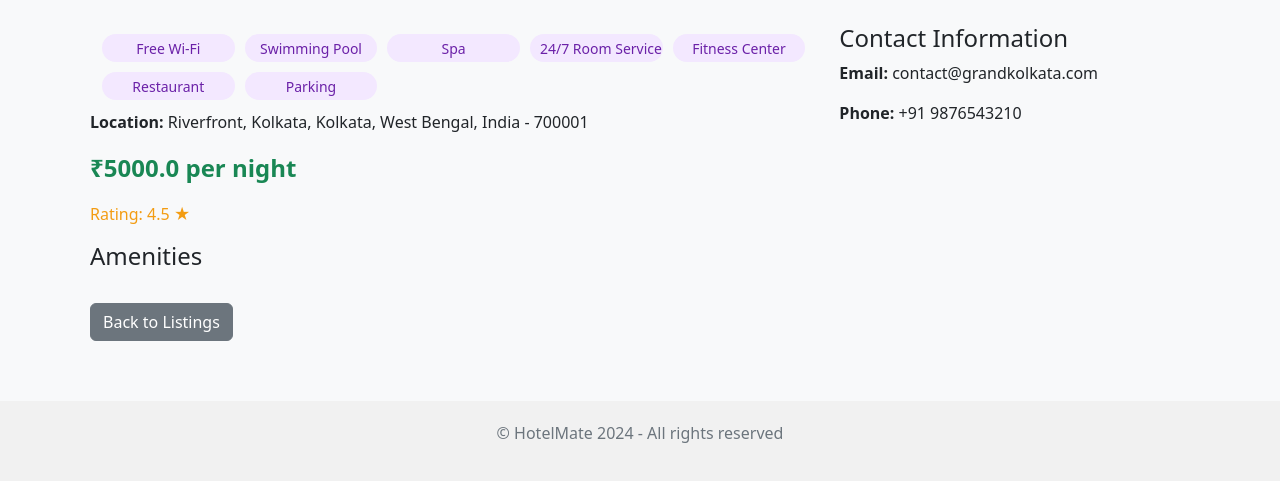
Repository: himanshu2k23/HoteMate
Page: http://localhost/HotelMate/details.jsp
An editor plug-in stored every save of this project. The page is shown before and after the next save, followed by the edit.
The browser window is 1280 px wide. The pictures show the part of the page from y = 706 to 1187 px (the page is 1187 px tall before and 1150 px after).
The page is served by Tomcat 10. Other server files are loaded and not shown.

Above is the page before, as saved 2025-01-13 19:22:07.

### HotelMate/src/main/webapp/details.jsp
<%@ page contentType="text/html;charset=UTF-8" language="java"%>
<!DOCTYPE html>
<html lang="en">
<head>
<meta charset="UTF-8">
<meta name="viewport" content="width=device-width, initial-scale=1.0">
<title>Hotel Details - HotelMate</title>
<!-- Bootstrap CSS -->
<link
	href="https://cdn.jsdelivr.net/npm/bootstrap@5.3.0/dist/css/bootstrap.min.css"
	rel="stylesheet">
<style>
body {
	background-color: #f8f9fa;
}

.hotel-details-container {
	margin-top: 100px;
	margin-bottom: 40px;
	padding: 20px;
}

.price {
	font-size: 1.5rem;
	font-weight: bold;
	color: #198754;
}

.rating {
	color: #f39c12;
}

.amenities-list {
	display: grid;
	grid-template-columns: repeat(auto-fill, minmax(120px, 1fr));
	gap: 10px;
	margin-left: 2px;
	padding: 10px;
}

.amenities-items {
	white-space: nowrap;
	border-radius: 9999px;
	background-color: #f3e8ff;
	padding: 0.22rem 0.625rem;
	font-size: 0.875rem;
	color: #6b21a8;
	text-align: center;
}

.amenities-list li {
	margin-bottom: 5px;
}

.carousel-item img {
	height: 500px;
	object-fit: cover;
	border-radius: 15px;
}
</style>
</head>
<body>

	<!-- Navbar -->
	<%@ include file="/Components/navbar.jsp"%>
	<%
	// Sample hotel data
	String name = "The Grand Kolkata";
	String description = "A luxurious five-star hotel offering breathtaking views of the river and world-class amenities.";
	String location = "Riverfront, Kolkata";
	String city = "Kolkata";
	String state = "West Bengal";
	String country = "India";
	String zipCode = "700001";
	double pricePerNight = 5000.0;
	float rating = 4.5f;
	String amenities = "Free Wi-Fi, Swimming Pool, Spa, 24/7 Room Service, Fitness Center, Restaurant, Parking";
	String contactEmail = "contact@grandkolkata.com";
	String contactPhone = "+91 9876543210";
	String images = "https://picsum.photos/400/300?random=1, https://picsum.photos/400/300?random=7, https://picsum.photos/400/300?random=8";

	// Split image URLs into an array
	String[] imageUrls = images.split(",");
	%>

	<div class="container hotel-details-container">
		<h2><%=name%></h2>
		<p><%=description%></p>


		<!-- Carousel for Images -->
		<div id="carousel49" class="carousel slide" data-bs-ride="carousel">
			<div class="carousel-inner">
				<%
				for (int i = 0; i < imageUrls.length; i++) {
					String image = imageUrls[i].trim();
				%>
				<div class="carousel-item <%=(i == 0) ? "active" : ""%>">
					<img src="<%=image%>" class="d-block w-100" alt="<%=name%>">
				</div>
				<%
				}
				%>
			</div>
			<%
			if (imageUrls.length > 1) {
			%>
			<button class="carousel-control-prev" type="button"
				data-bs-target="#carousel49" data-bs-slide="prev">
				<span class="carousel-control-prev-icon" aria-hidden="true"></span>
				<span class="visually-hidden">Previous</span>
			</button>
			<button class="carousel-control-next" type="button"
				data-bs-target="#carousel49" data-bs-slide="next">
				<span class="carousel-control-next-icon" aria-hidden="true"></span>
				<span class="visually-hidden">Next</span>
			</button>
			<%
			}
			%>
		</div>

		<!-- Hotel Information -->
		<div class="row mt-4">

			<div class="col-md-8">
				<div class="amenities-list">
					<%
					String[] amenitiesList = amenities.split(",");
					for (String amenity : amenitiesList) {
						amenity = amenity.trim();
					%>
					<span class="amenities-items"> <%=amenity%>
					</span>
					<%
					}
					%>
				</div>


				<p>
					<strong>Location:</strong>
					<%=location%>,
					<%=city%>,
					<%=state%>,
					<%=country%>
					-
					<%=zipCode%></p>
				<p class="price">
					₹<%=pricePerNight%>
					per night
				</p>
				<p class="rating">
					Rating:
					<%=rating%>
					★
				</p>

				<h4>Amenities</h4>

			</div>

			<div class="col-md-4">
				<h4>Contact Information</h4>
				<p>
					<strong>Email:</strong>
					<%=contactEmail%></p>
				<p>
					<strong>Phone:</strong>
					<%=contactPhone%></p>
			</div>
		</div>

		<a href="HotelDataServlet" class="btn btn-secondary mt-4">Back to
			Listings</a>
	</div>

	<!-- Footer -->
	<%@ include file="/Components/footer.jsp"%>

	<!-- Bootstrap JS (Popper.js included) -->
	<script
		src="https://cdn.jsdelivr.net/npm/@popperjs/core@2.11.7/dist/umd/popper.min.js"></script>
	<script
		src="https://cdn.jsdelivr.net/npm/bootstrap@5.3.0/dist/js/bootstrap.min.js"></script>
</body>
</html>

### HotelMate/src/main/webapp/Components/navbar.jsp
<nav class="navbar navbar-expand-lg"
	style="background-color: #343a40; border-radius: 15px; padding: 10px 20px; box-shadow: 0px 4px 12px rgba(0, 0, 0, 0.2); margin: 10px; position: fixed; top: 0px; width: calc(100% - 20px); z-index: 1000;">
	<div class="container-fluid">
		<!-- Logo and Brand Name -->
		<a class="navbar-brand text-light d-flex align-items-center"
			href="index.jsp"> <img
			src="http://localhost:8080/HotelMate/Images/HotelmateLogo.png"
			alt="Logo" width="80" height="60"
			class="d-inline-block align-text-top"> <span
			class="nav-link text-light active">HotelMate</span>
		</a>

		<!-- Toggler button for smaller screens -->
		<button class="navbar-toggler" type="button" data-bs-toggle="collapse"
			data-bs-target="#navbarNav" aria-controls="navbarNav"
			aria-expanded="false" aria-label="Toggle navigation"
			style="border-color: #f8f9fa;">
			<span class="navbar-toggler-icon" style="color: #f8f9fa;"></span>
		</button>

		<!-- Navbar Links -->
		<div class="collapse navbar-collapse" id="navbarNav">

			<script>
				// Scroll functionality
				function scrollToFeatures(event) {
					event.preventDefault();
					localStorage.setItem('scrollToFeatures', 'true');
					window.location.href = "index.jsp";
				}

				function scrollToContact(event) {
					event.preventDefault();
					localStorage.setItem('scrollToContact', 'true');
					window.location.href = "index.jsp";
				}

				// Logic to dynamically toggle login/logout
				window.addEventListener('DOMContentLoaded', () => {
					const navRight = document.querySelector('.navbar-nav.ms-auto');
					navRight.innerHTML = ''; // Clear the default buttons

					if (localStorage.getItem('HasLoggedIn') === 'true') {
						// Show dropdown if logged in
						navRight.innerHTML = `
							<li class="nav-item dropdown">
							<a class="nav-link dropdown-toggle text-light" href="#" id="userDropdown" role="button"
							data-bs-toggle="dropdown" aria-expanded="false">
							<i class="bi bi-person-circle" style="font-size: 2rem;"></i>
						</a>

								<ul class="dropdown-menu dropdown-menu-end" aria-labelledby="userDropdown">
									<li><a class="dropdown-item" href="mybookings.jsp">My Bookings</a></li>
									<li><hr class="dropdown-divider"></li>
									<li><a class="dropdown-item" href="#" onclick="logout()">Logout</a></li>
								</ul>
							</li>
						`;
					} else {
						// Show login and signup if not logged in
						navRight.innerHTML = `
							<li class="nav-item"><a class="nav-link login-btn" href="login.jsp">Login</a></li>
							<li class="nav-item"><a class="nav-link signup-btn" href="signup.jsp">Sign Up</a></li>
						`;
					}
				});

				// Logout function
				function logout() {
					localStorage.removeItem('HasLoggedIn');
					window.location.href = 'index.jsp';
				}
			</script>

			<ul class="navbar-nav me-auto">
				<li class="nav-item"><a
					class="nav-link text-light active hover-effect" aria-current="page"
					href="index.jsp">Home</a></li>
				<li class="nav-item"><a
					class="nav-link text-light hover-effect" href="#"
					onclick="scrollToFeatures(event)">Features</a></li>
				<li class="nav-item"><a
					class="nav-link text-light hover-effect" href="HotelDataServlet">Hotels</a></li>
				<li class="nav-item"><a
					class="nav-link text-light hover-effect" href="#"
					onclick="scrollToContact(event)">Contact Us</a></li>
			</ul>

			<!-- Login/Sign Up or Account Dropdown -->
			<ul class="navbar-nav ms-auto gap-3"></ul>
		</div>
	</div>
</nav>

<style>
.hover-effect {
	transition: color 0.3s ease, background-color 0.3s ease;
}

.hover-effect:hover {
	color: #97CC04 !important;
}

.login-btn, .signup-btn {
	background-color: #97CC04;
	color: #fff;
	border-radius: 5px;
	padding: 8px 15px;
	transition: background-color 0.3s ease;
}

.login-btn:hover, .signup-btn:hover {
	background-color: #76b302;
	color: #fff;
}
</style>

### HotelMate/src/main/webapp/Components/footer.jsp
<style>
.footer {
	padding: 20px 0;
	background-color: #f1f1f1;
	text-align: center;
}
</style>

<div class='footer' id="footer">
	<p class="text-center text-secondary">© HotelMate 2024 - All
		rights reserved</p>
</div>

After the next save:
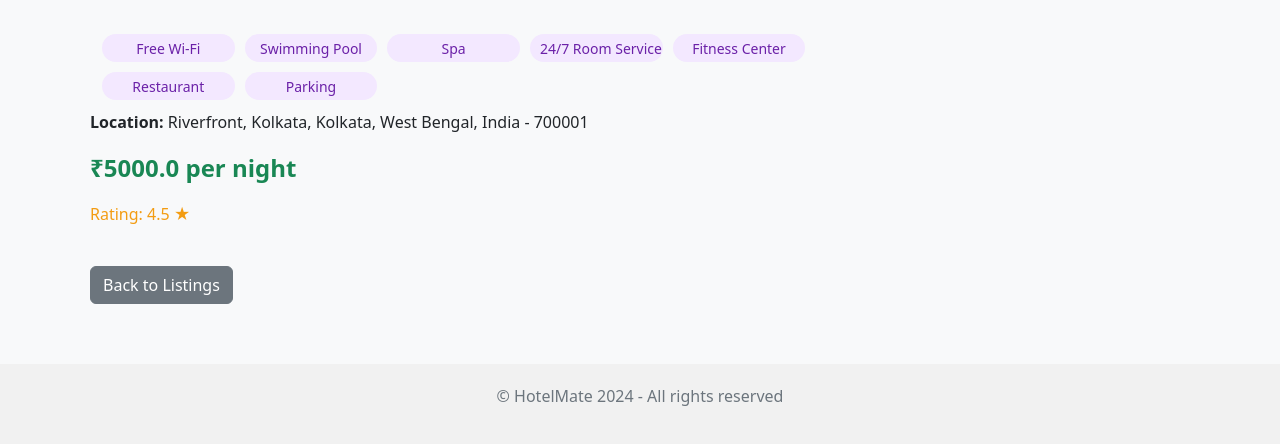
Saved 69 s later.
--- a/HotelMate/src/main/webapp/details.jsp
+++ b/HotelMate/src/main/webapp/details.jsp
@@ -155,20 +155,9 @@ body {
 					<%=rating%>
 					★
 				</p>
-
-				<h4>Amenities</h4>
-
 			</div>
 
-			<div class="col-md-4">
-				<h4>Contact Information</h4>
-				<p>
-					<strong>Email:</strong>
-					<%=contactEmail%></p>
-				<p>
-					<strong>Phone:</strong>
-					<%=contactPhone%></p>
-			</div>
+
 		</div>
 
 		<a href="HotelDataServlet" class="btn btn-secondary mt-4">Back to
